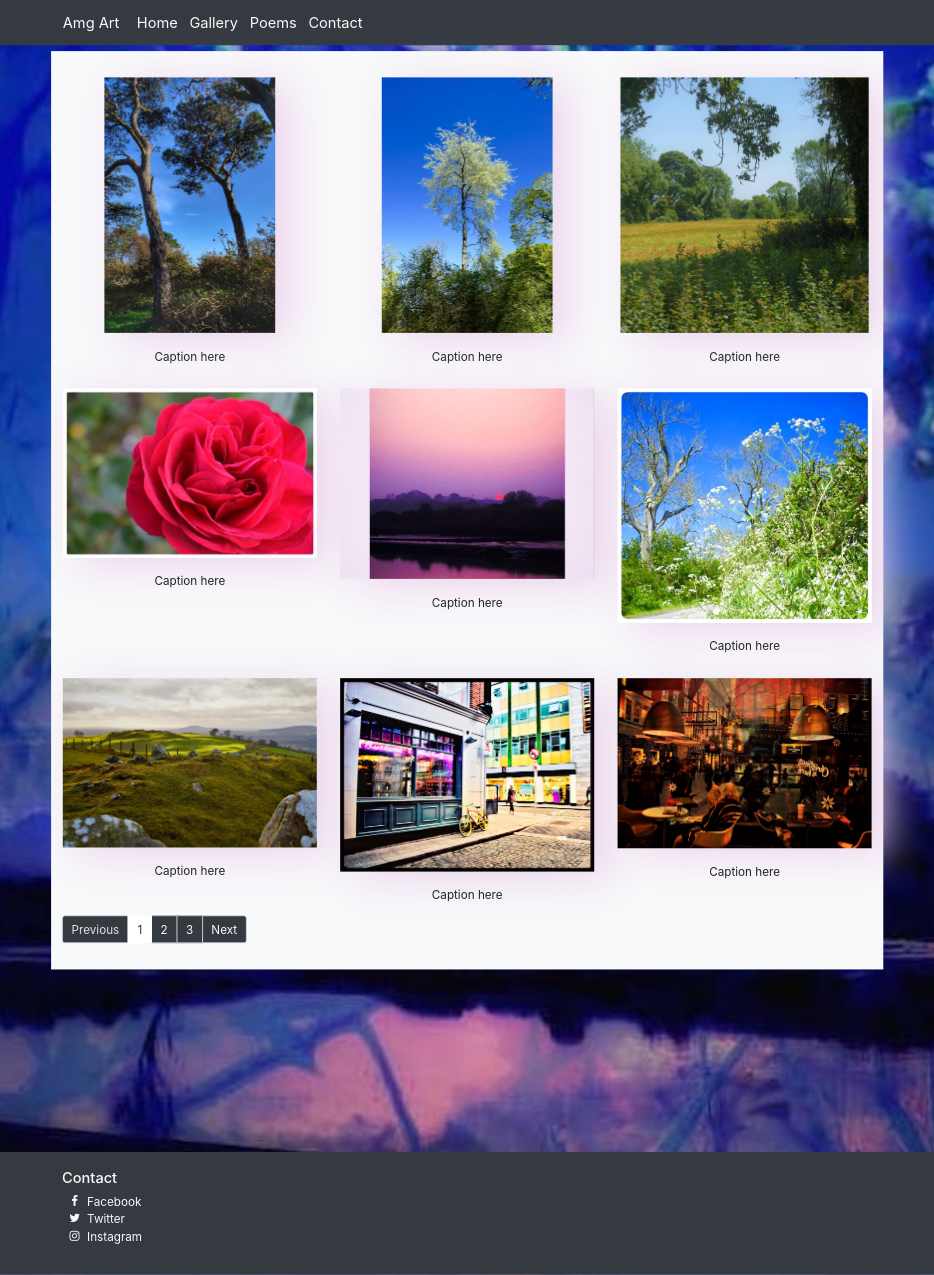
Repository: AllenGleeson/AmgArtGallery
Page: gallery1.html
The author's editor kept a record of every edit. The page is drawn from the files as they stood at one moment, then again after the next edit.
The browser window is 1280 px wide. The pictures show the whole page, at 73% of full size.

Above is the page before.

After the next edit:
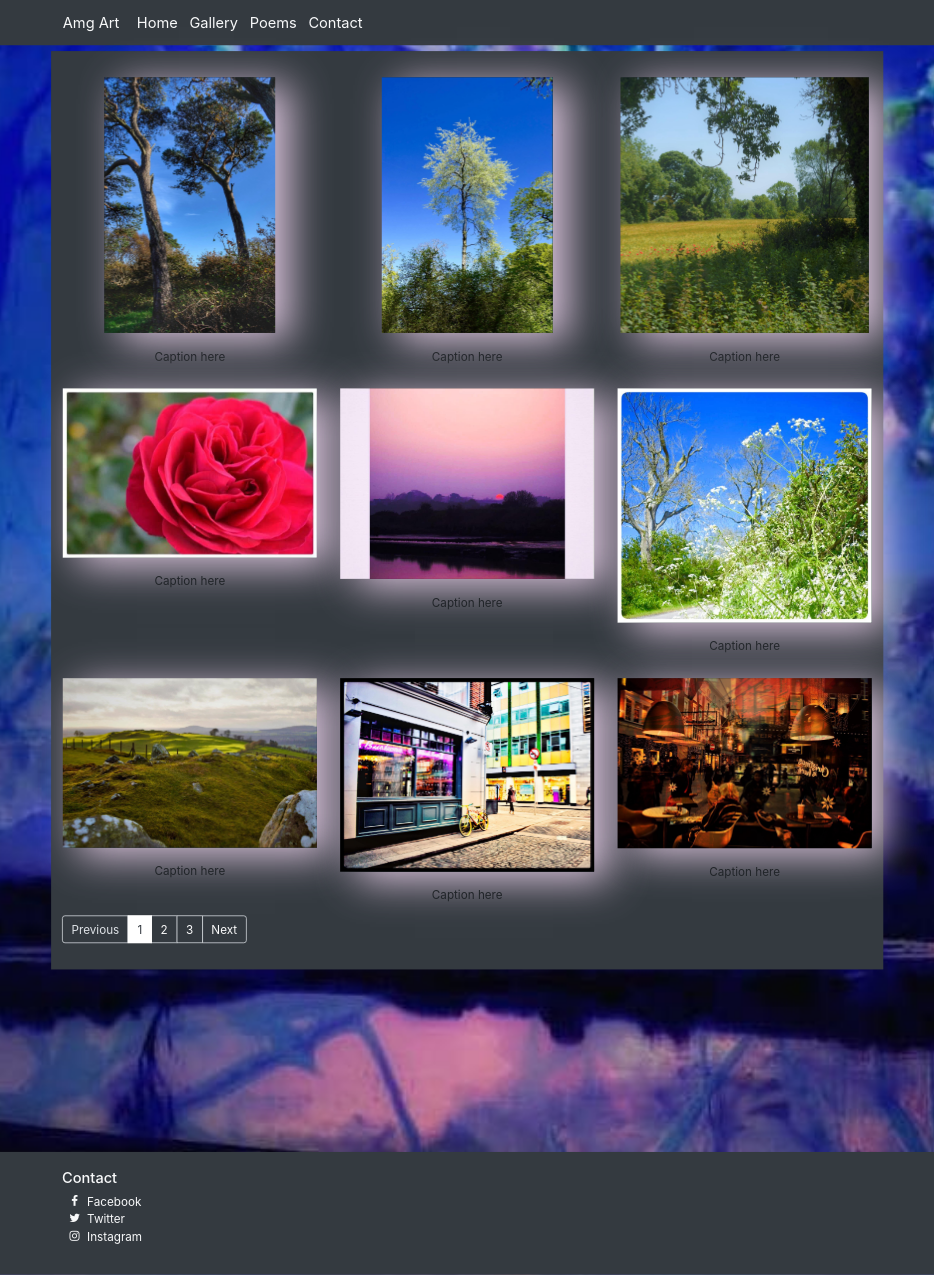
The edit:
--- a/gallery1.html
+++ b/gallery1.html
@@ -28,7 +28,7 @@
         </nav>
     </header>
 
-    <section class="container bg-light">
+    <section class="container bg-dark">
 
         <div class="row">
             <div class="col-sm-4 p-3 text-center" data-toggle="modal" data-target="#image-01">
